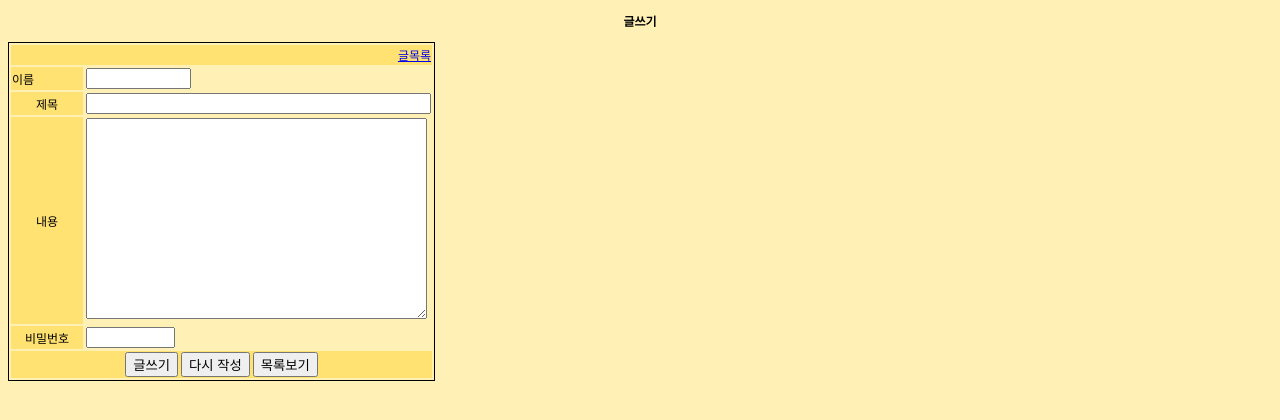
Repository: matodale/StudyJSP
Page: http://localhost/StudyJSP/ch13/writeForm.jsp
The author's editor kept a copy of each file at every save. The page is drawn from the files as they stood at one save, then again after the next save.
The browser window is 1280 px wide. The pictures show the whole page.
The page is served by Tomcat 9. Other server files are loaded and not shown.

Above is the page before, as saved 2022-12-24 01:41:59.

### StudyJSP/src/main/webapp/ch13/writeForm.jsp
<%@ page language="java" contentType="text/html; charset=UTF-8"
    pageEncoding="UTF-8"%>
<%@ include file="js/color.jspf" %>
<!DOCTYPE html>
<html>
<head>
<meta charset="UTF-8">
<title>게시판</title>
<link href="css/style.css" rel="stylesheet" type="text/css">
<script type="text/javascript" src="js/script.js"></script>
</head>
<body bgcolor="<%=bodyback_c%>">
<%
	int num = 0, ref = 1, re_step = 0, re_level = 0;
	String strV = "";
	try{
		if(request.getParameter("num")!=null){
			num = Integer.parseInt(request.getParameter("num"));
			ref = Integer.parseInt(request.getParameter("ref"));
			re_step = Integer.parseInt(request.getParameter("re_step"));
			re_level = Integer.parseInt(request.getParameter("re_level"));
		}
%>
	<div class="textname1">
		<p>글쓰기</p>
	</div>
	<form method="post" name="writeform" action="writePro.jsp" onsubmit="return writeSave()">
		<input type="hidden" name="num" value="<%=num %>">
		<input type="hidden" name="ref" value="<%=ref %>">
		<input type="hidden" name="re_step" value="<%=re_step %>">
		<input type="hidden" name="re_level" value="<%=re_level %>">

		<table class="table1" style="">
			<tr>
				<td align="right" colspan="2" bgcolor="<%=value_c%>">
					<a href="list.jsp">글목록</a>
				</td>
			</tr>
			<tr>
				<td width="70" bgcolor="<%=value_c%>">이름</td>
				<td width="330" align="left">
					<input type="text" size="10" maxlength="10" name="writer" style="ime-mode:active;">
				</td><!-- active: 한글-->
			</tr>
			<tr>
				<td width="70" bgcolor="<%=value_c%>" align="center">제목</td>
				<td width="330" align="left">
					<%
						if(request.getParameter("num")==null)
							strV = "";
						else
							strV = "[답변]";
					%>
					<input type="text" size="40" maxlength="50"
					name="subject" value="<%=strV%>" style="ime-mode:active;">
				</td>
			</tr>
			<tr>
				<td width="70" bgcolor="<%=value_c%>" align="center">내용</td>
				<td width="330" align="left">
					<textarea name="content" rows="13" cols="40" style="ime-mode:active;">
					</textarea>
				</td>
			</tr>
			<tr>
				<td width="70" bgcolor="<%=value_c%>" align="center">비밀번호</td>
				<td width="330" align="left">
					<input type="password" size="8" maxlength="12" name="passwd" style="ime-mode:inactive;">
				</td>
			</tr>
			<tr>
				<td colspan="2" bgcolor="<%=value_c%>" align="center">
					<input type="submit" value="글쓰기">
					<input type="reset" value="다시 작성">
					<input type="button" value="목록보기" Onclick="window.location=list.jsp">
				</td>
			</tr>
		</table>
	</form>
<%
	}catch(Exception e){}
%>
</body>
</html>

### StudyJSP/src/main/webapp/ch13/js/color.jspf
<%
   String bodyback_c="#FFF0B5";
   String value_c="#FFE271";
%>

### StudyJSP/src/main/webapp/ch13/css/style.css
@charset "UTF-8";

body {
	font-size: 9pt;
}
form {
	font-size: 9pt;
}

.table1{
	font-size: 9pt;
	border: 1pt solid black;
}

select {
	font-size: 9pt;
}

.textname1{
	text-align: center;
	font-weight: 700;
}

### StudyJSP/src/main/webapp/ch13/js/script.js
function writeSave(){
	var writeform = document.writeform;

	if(!writeform.writer.value){
	  alert("작성자를 입력하십시요.");
	  writeform.writer.focus();
	  return false;
	}

	if(!writeform.subject.value){
	  alert("제목을 입력하십시요.");
	  writeform.subject.focus();
	  return false;
	}

	if(!writeform.content.value){
	  alert("내용을 입력하십시요.");
	  writeform.content.focus();
	  return false;
	}

	if(!writeform.passwd.value){
	  alert(" 비밀번호를 입력하십시요.");
	  writeform.passwd.focus();
	  return false;
	}
 };

After the next save:
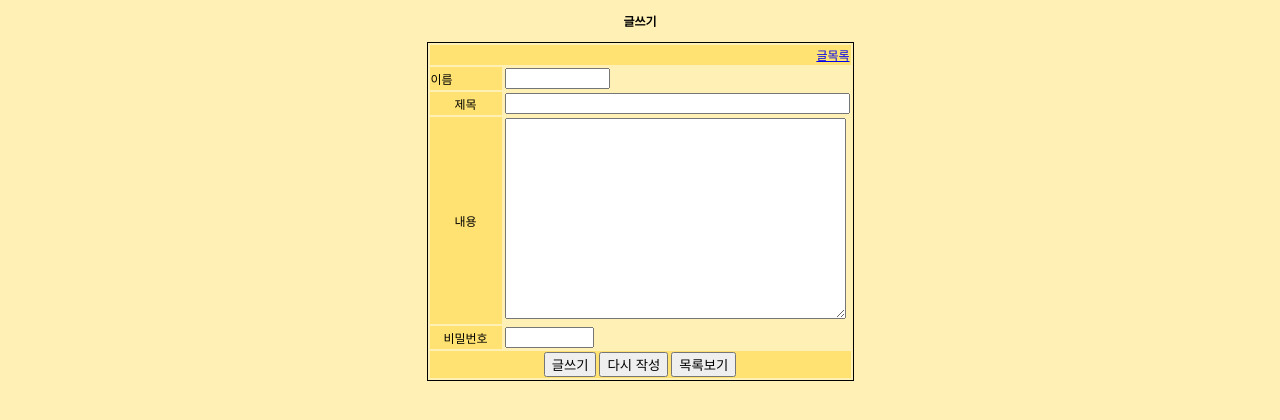
Saved 3 s later.
--- a/StudyJSP/src/main/webapp/ch13/writeForm.jsp
+++ b/StudyJSP/src/main/webapp/ch13/writeForm.jsp
@@ -30,7 +30,8 @@
 		<input type="hidden" name="re_step" value="<%=re_step %>">
 		<input type="hidden" name="re_level" value="<%=re_level %>">
 
-		<table class="table1" style="">
+		<table class="table1" style="margin-left: auto;
+	margin-right: auto;">
 			<tr>
 				<td align="right" colspan="2" bgcolor="<%=value_c%>">
 					<a href="list.jsp">글목록</a>
